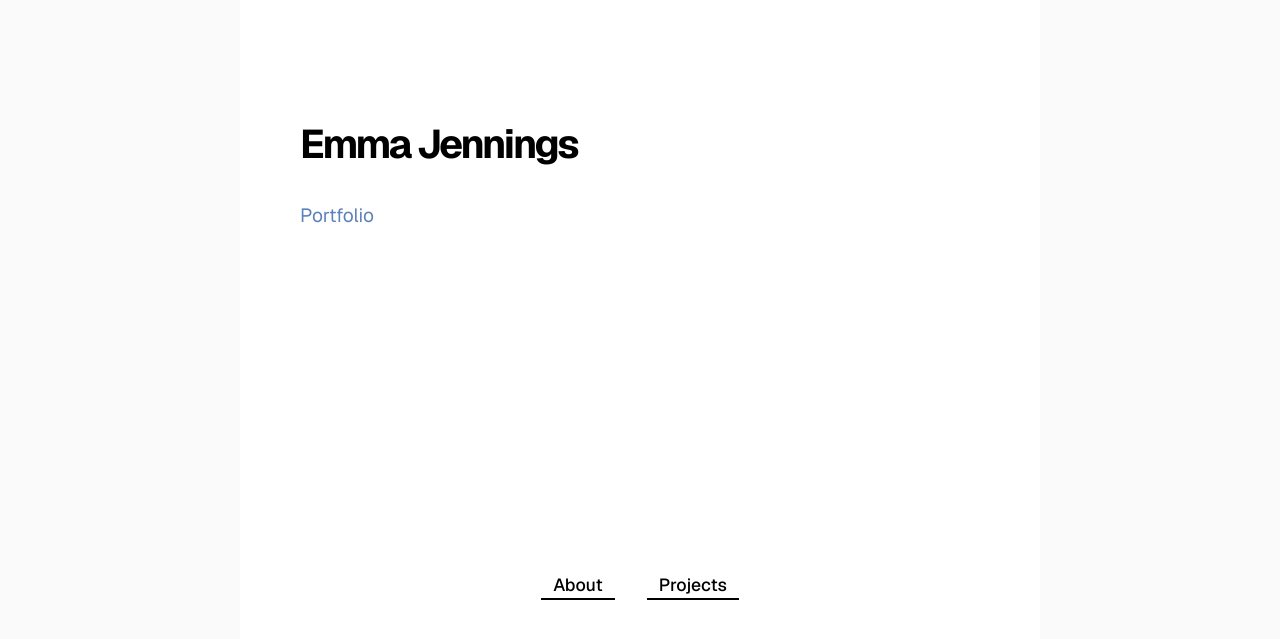
Repository: ejarnie0/portfolio
Page: /
An editor plug-in stored every save of this project. The page is shown before and after the next save, followed by the edit.
The browser window is 1280 px wide. The pictures show the whole page.
The project was rebuilt for these pictures with package versions that can differ from the ones it lists, and the page was loaded fresh each time. The framework's server and built-in components were replaced by stand-ins that run in the browser. Also part of the build but not shown: next.config.mjs.

Above is the page before, as saved 2026-01-26 14:01:59.

### src/app/layout.js
import { Geist, Geist_Mono } from "next/font/google";
import "./globals.css";

const geistSans = Geist({
  variable: "--font-geist-sans",
  subsets: ["latin"],
});

const geistMono = Geist_Mono({
  variable: "--font-geist-mono",
  subsets: ["latin"],
});

export const metadata = {
  title: "Emma Jennings Portfolio",
  description: "Portfolio Website created by Emma Jennings using Next.js and hosted on Vercel.",
};

export default function RootLayout({ children }) {
  return (
    <html lang="en">
      <body className={`${geistSans.variable} ${geistMono.variable}`}>
        {children}
      </body>
    </html>
  );
}

### src/app/page.js

import styles from "./page.module.css";

export default function Home() {
  return (
    <div className={styles.page}>
      <main className={styles.main}>
        <div className={styles.intro}>
          <h1 style={{ fontWeight: 700, fontSize: '2.5rem', color: '#000' }}>Emma Jennings</h1>
          <p style={{ color: '#5C82B9', fontSize: '1.2rem', marginTop: 8 }}>Portfolio</p>
        </div>
        <div className={styles.links}>
          <a href="/about" className={styles.link}>About</a>
          <a href="/projects" className={styles.link}>Projects</a>
        </div>
      </main>
    </div>
  );
}

### src/app/globals.css
:root {
  --background: #5C82B9;
  --foreground: #FFFFFF;
}

@media (prefers-color-scheme: dark) {
  :root {
    --background: #5C82B9;
    --foreground: #ffffff;
    color: #ffffff;
  }
}

html,
body {
  max-width: 100vw;
  overflow-x: hidden;
}

body {
  color: var(--foreground);
  background: var(--background);
  font-family: Arial, Helvetica, sans-serif;
  -webkit-font-smoothing: antialiased;
  -moz-osx-font-smoothing: grayscale;
}

* {
  box-sizing: border-box;
  padding: 0;
  margin: 0;
}

a {
  color: inherit;
  text-decoration: none;
}

@media (prefers-color-scheme: dark) {
  html {
    color-scheme: dark;
  }
}

### src/app/page.module.css
.page {
  --background: #fafafa;
  --foreground: #fff;

  --text-primary: #000;
  --text-secondary: #666;

  --button-primary-hover: #383838;
  --button-secondary-hover: #f2f2f2;
  --button-secondary-border: #ebebeb;

  display: flex;
  min-height: 100vh;
  align-items: center;
  justify-content: center;
  font-family: var(--font-geist-sans);
  background-color: var(--background);
}

.main {
  display: flex;
  min-height: 100vh;
  width: 100%;
  max-width: 800px;
  flex-direction: column;
  align-items: flex-start;
  justify-content: space-between;
  background-color: var(--foreground);
  padding: 120px 60px;
}

.intro {
  display: flex;
  flex-direction: column;
  align-items: flex-start;
  text-align: left;
  gap: 24px;
}

.intro h1 {
  max-width: 320px;
  font-size: 40px;
  font-weight: 600;
  line-height: 48px;
  letter-spacing: -2.4px;
  text-wrap: balance;
  color: var(--text-primary);
}

.intro p {
  max-width: 440px;
  font-size: 18px;
  line-height: 32px;
  text-wrap: balance;
  color: var(--text-secondary);
}

.intro a {
  font-weight: 500;
  color: var(--text-primary);
}


.links {
  display: flex;
  gap: 32px;
  margin-top: 80px;
  justify-content: center;
  width: 100%;
}


.link {
  color: #000;
  font-size: 1.1rem;
  font-weight: 500;
  border-bottom: 2px solid #000;
  padding: 4px 12px 2px 12px;
  transition: background 0.2s, color 0.2s;
}
.link:hover {
  background: #000;
  color: #fff;
}

@media (prefers-color-scheme: dark) {
  .link {
    color: #fff;
    border-bottom: 2px solid #fff;
  }
  .link:hover {
    background: #fff;
    color: #000;
  }
}

@media (max-width: 600px) {
  .main {
    padding: 48px 24px;
  }

  .intro {
    gap: 16px;
  }

  .intro h1 {
    font-size: 32px;
    line-height: 40px;
    letter-spacing: -1.92px;
  }
}

@media (prefers-color-scheme: dark) {
  .logo {
    filter: invert();
  }

  .page {
    --background: #000;
    --foreground: #000;

    --text-primary: #ededed;
    --text-secondary: #999;

    --button-primary-hover: #ccc;
    --button-secondary-hover: #1a1a1a;
    --button-secondary-border: #1a1a1a;
  }
    .intro h1,
    .intro p,
    .intro a,
    .link {
      color: #fff !important;
      border-bottom: 2px solid #fff;
    }
    .link:hover {
      background: #fff;
      color: #000 !important;
    }
}

After the next save:
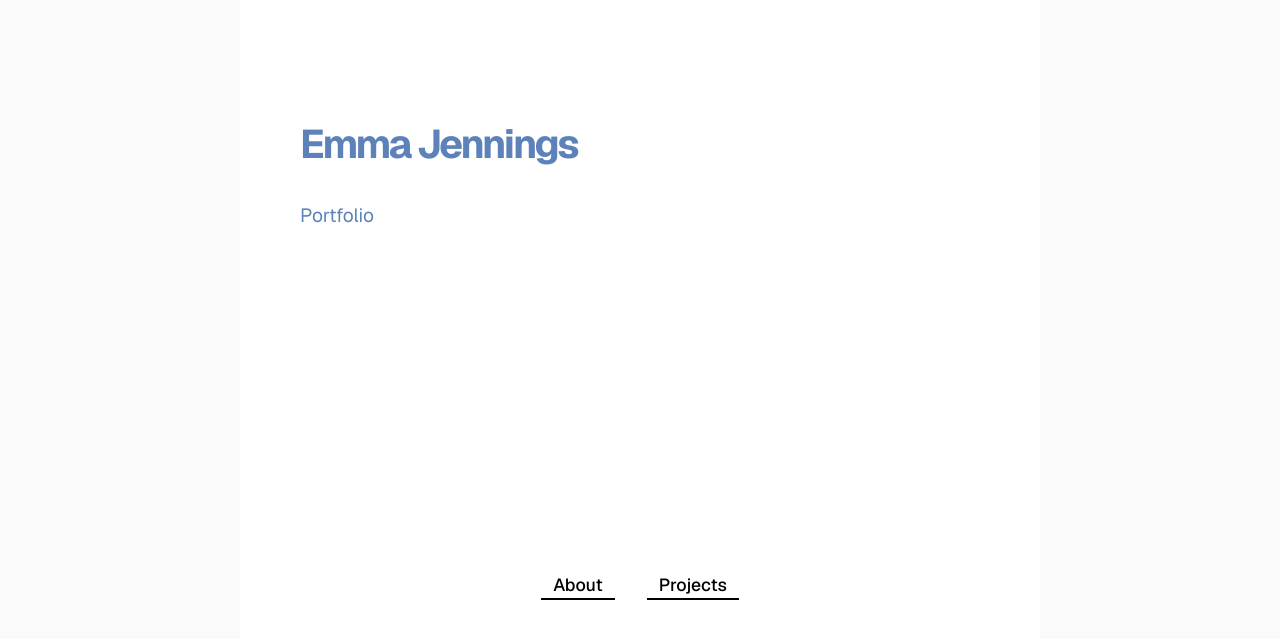
Saved 10 s later.
--- a/src/app/page.js
+++ b/src/app/page.js
@@ -6,7 +6,7 @@ export default function Home() {
     <div className={styles.page}>
       <main className={styles.main}>
         <div className={styles.intro}>
-          <h1 style={{ fontWeight: 700, fontSize: '2.5rem', color: '#000' }}>Emma Jennings</h1>
+          <h1 style={{ fontWeight: 700, fontSize: '2.5rem', color: '#5C82B9' }}>Emma Jennings</h1>
           <p style={{ color: '#5C82B9', fontSize: '1.2rem', marginTop: 8 }}>Portfolio</p>
         </div>
         <div className={styles.links}>
